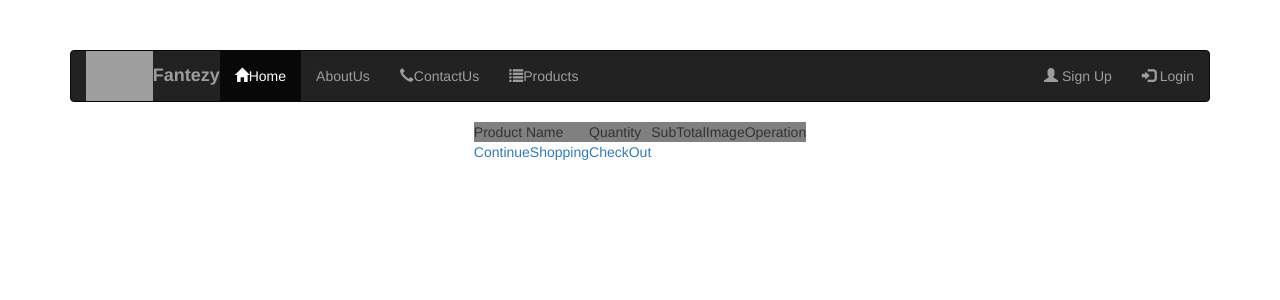
Repository: Safna93/eCommerce-project
Page: http://localhost/FantezyFrontendProject/WEB-INF/views/Cart.jsp
An editor plug-in stored every save of this project. The page is shown before and after the next save, followed by the edit.
The browser window is 1280 px wide. The pictures show the whole page.
Pictures or frames that could not be fetched are drawn as grey boxes. Some web libraries are served in a nearby version. The page is served by Tomcat 9. Nobody is signed in. The template is opened directly, without the code that normally fills it, so the values that code supplies are empty.

Above is the page before, as saved 2017-07-11 06:50:44.

After the next save:
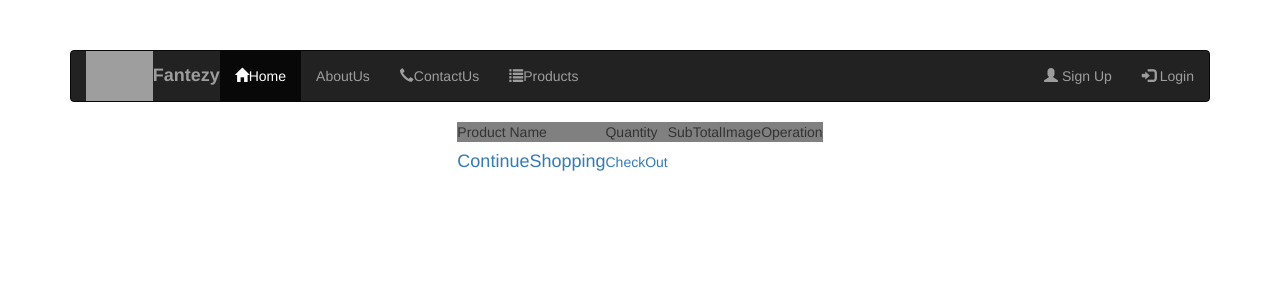
Saved 32 s later.
--- a/Fantezy Project/Fantezy/FantezyFrontendProject/src/main/webapp/WEB-INF/views/Cart.jsp
+++ b/Fantezy Project/Fantezy/FantezyFrontendProject/src/main/webapp/WEB-INF/views/Cart.jsp
@@ -23,7 +23,7 @@
 </tr>
 </c:forEach>
 <tr>
-<td><a href="ProductPage">ContinueShopping</a></td>
+<td><a href="ProductPage"><b><h4>ContinueShopping</h4></b></a></td>
 <td><a href="<c:url value="/CheckOut" />"> CheckOut</a></td>
 </tr>
 </table>
